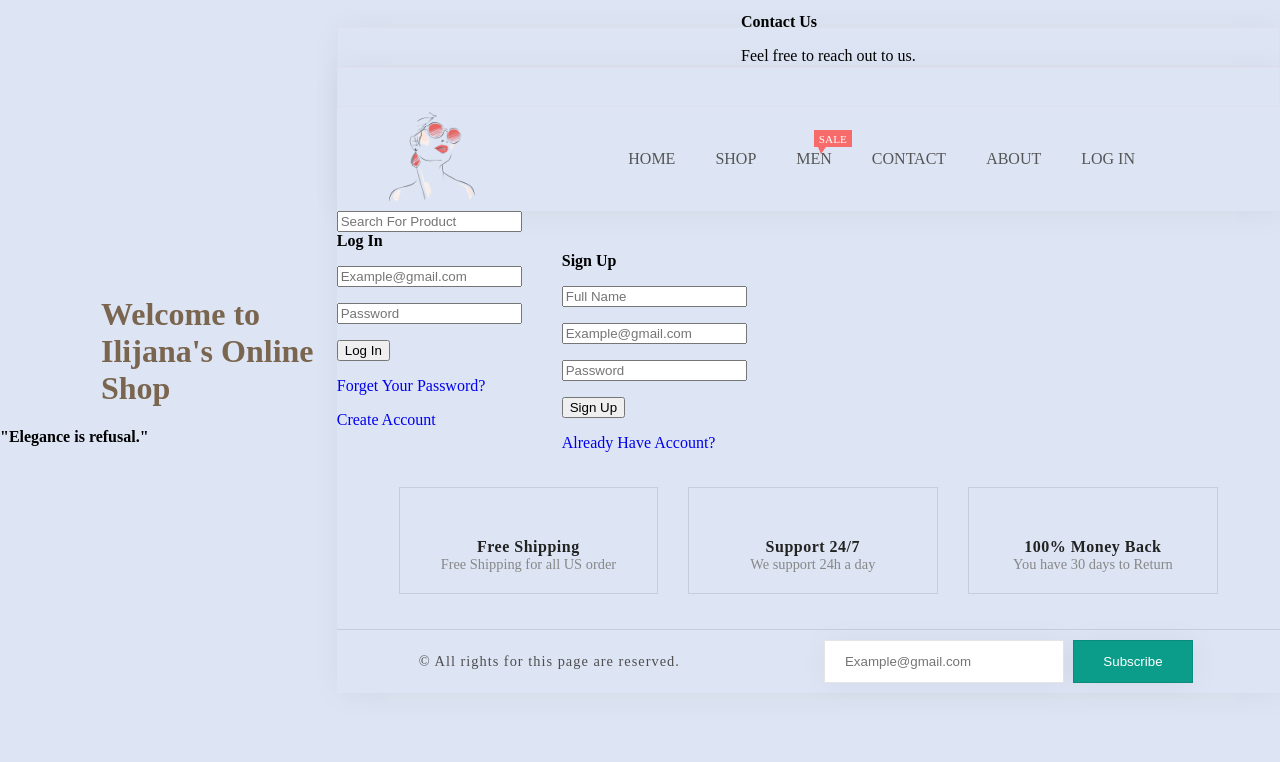
Repository: ilijana123/Proekt1
Page: html1.html
An editor plug-in stored every save of this project. The page is shown before and after the next save, followed by the edit.
The browser window is 1280 px wide. The pictures show the whole page.

Above is the page before, as saved 2023-11-14 13:41:52.
Console error: TypeError: Cannot read properties of null (reading 'addEventListener')

### html1.html
<!DOCTYPE html>
<html>
    <head>
    <meta charset="utf-8">
    <title>Online shop</title>
    <link rel="stylesheet" type="text/css" href="1.css">
    <script src="script.js"></script>
    </head>

    <body>
    <header>
       <h1>Welcome to Ilijana's Online Shop</h1>
       <!--Quote-->
    <blackguote>
       <Strong> "Elegance is refusal." </Strong>
    </blackguote>
    </header>

    <nav>
 <div class="social-call">
     <div class="social">
         <a href="#"><i class="fab fa-facebook-f"></i></a>
         <a href="#"><i class="fab fa-twitter"></i></a>
         <a href="#"><i class="fab fa-youtube"></i></a>
         <a href="#"><i class="fab fa-instagram"></i></a>
</div>
<div class="contact">
    <div class="contact-heading">
        <strong>Contact Us</strong>
        <p>Feel free to reach out to us.</p>
    </div>
    <div class="contact-details">
        <!-- Contact details go here -->
</div>
</div>
 </div>
 <!--Navigation-->

 <nav>
    <div class="social-call">
        <!-- Social and Contact Details -->
    </div>
    <!-- Navigation -->
    <div class="navigation">
        <a href="#" class="logo"><img src="logo.png"></a>
        <div class="toggle"></div>
        <ul class="menu">
            <li><a href="#">Home</a></li>
            <li id="shopMenu">
                <a href="#">Shop</a>
                <ul id="categoryMenu" class="hidden">
                    <li><a href="#clothes-section">Clothes</a></li>
                    <li><a href="#fashion-accessories-section">Fashion Accessories</a></li>
                    <li><a href="#shoes-section">Shoes</a></li>
                </ul>
            </li>
            <li><a href="#">Men</a>
                <span class="sale-lable">Sale</span>
            </li>
            <li><a href="#contact-section">Contact</a></li>
            <li><a href="#">About</a></li>
            <!-- Add id to Log In link -->
            <li><a href="login.html" id="loginLink">Log In</a></li>
        </ul>
    </nav>
 <div class="search-bar">
    <div class="search-input">
    <input type="text" placeholder="Search For Product" name="search" />
    <a href="javascript:void(0);" class="search-cancel">
        <i class="fas fa-times"></i>
    </a>
</div>
</div>
<!--Log-in and Sign-up form-->
 <div class="form">
    <div class="login-form">
        <a href="javascript:void(0);" class="form-cancel">
            <i class="fas fa-times"></i>
        </a>
        <strong>Log In</strong>
        <form>
            <p><input type="email" name="email" placeholder="Example@gmail.com" required/></p>
            <p><input type="password" name="password" placeholder="Password" required/></p>
            <p><input type="submit" value="Log In"/></p>
        </form>
        <div class="form-btns">
            <p><a href="#" class="forget">Forget Your Password?</a></p>
            <p><a href="javascript:void(0);" class="sign-up-btn">Create Account</a></p>
        </div>
    </div>
        <div class="sign-up-form">
        <a href="javascript:void(0);" class="form-cancel">
            <i class="fas fa-times"></i>
        </a>
            <strong>Sign Up</strong>
            <form>
                <p><input type="text" name="fullname" placeholder="Full Name" required/></p>
                <p><input type="email" name="email" placeholder="Example@gmail.com" required/></p>
                <p><input type="password" name="password" placeholder="Password" required/></p>
                <p><input type="submit" value="Sign Up"/></p>
            </form>
            <div class="form-btns">
                <a href="javascript:void(0);" class="already-account">
                    Already Have Account?</a>

            </div>
        </div>
</div>
<section class="services">

    <div class="services-box">
        <i class="fas fa-shipping-fast"></i>
        <span>Free Shipping</span>
        <p>Free Shipping for all US order</p>
    </div>
    <div class="services-box">
        <i class="fas fa-headphones-alt"></i>
        <span>Support 24/7</span>
        <p>We support 24h a day</p>
    </div>
    <div class="services-box">
        <i class="fas fa-sync"></i>
        <span>100% Money Back</span>
        <p>You have 30 days to Return</p>
    </div>

</section>
    <footer>
        <span class="copyright">
            &copy All rights for this page are reserved.
        </span>
        <div class="subscribe">
            <form>
            <input type="email" placeholder="Example@gmail.com" required/>
            <input type="submit" value="Subscribe">
            </form>
        </div>
    </footer>
    </body>
</html>

### 1.css
.blackquote
{
    font-family:fantasy;
}
h1  {
    font-family: fantasy;
    color:rgb(122, 101, 79);
    position:relative;
    margin-left: 30%;
}

body{
    margin:0px;
    padding: 0px;
    font-family: poppins;
    background-color: #ffffff;
}
*{
    box-sizing: border-box;
}
ul{
    list-style: none;
    margin-right: 80px;
    margin-left: 40px;
    text-decoration: solid;
}
a{
    text-decoration:none;
}
nav{
    width:100%;
    box-shadow: 2px 2px 30px rgba(0,0,0,0.05);
    z-index: 100;
}
.social-call{
    height: 40px;
    border: 1px solid rgba(246, 141, 141, 0.05);
    display: flex;
    justify-content: center;
    align-items: center;
}
.social a{
    margin: 0px 5px;
    color: rgba(0,0,0,0.7);
    font-size: 0.9rem;
}
.phone{
    color: rgba(0,0,0,0.7);
    margin-left: 30px;
    font-size: 0.9rem;
}
.social a:hover{
    color: #0b9d8a;
    transition: all ease 0.3s;
}
.navigation{
    display: flex;
    justify-content: space-between;
    align-items: center;
    padding: 0px 45px;
}
.logo img{
    height: 100px;
}
.menu{
    display: flex;
}
.menu li{
    position: relative;
    margin: 20px;
    display: flex;
    text-transform: uppercase;
    font-weight: 500;
}
.menu li a{
    color: #555555;
}
.right-menu a{
    margin: 0px 10px;
    font-size: 1.2rem;
    color: rgba(0,0,0,0.7);
}
.menu a:hover,
.right-menu a:hover,
.search-cancel:hover,
.form-cancel:hover{
    color: #0b9d8a;
    transition: all ease 0.3s;
}
.sale-lable{
    width:38px;
    height: 17px;
    background-color: #f76b6a;
    color: #ffffff;
    font-weight: 400;
    display: flex;
    justify-content: center;
    align-items: center;
    font-size: 0.7rem;
    text-transform: uppercase;
    position: absolute;
    top: -20px;
    right: -20px;
}
.sale-lable:after{
    content: '';
    width:0px;
    height: 0px;
    border-bottom: 5px solid transparent;
    border-left: 3px solid transparent;
    border-top: 7px solid #f76b6a;
    border-right: 5px solid transparent;
    position: absolute;
    left: 10%;
    top: 100%;
}
.fa-shopping-cart{
    position: relative;
}
.num-cart-product{
    position: absolute;
    top: -17px;
    right: -17px;
    width:25px;
    height: 25px;
    font-size: 0.8rem;
    border-radius: 50%;
    background-color: #0b9d8a;
    color: #ffffff;
    display: flex;
    justify-content: center;
    align-items: center;
    font-weight: 400;
}



.form {
    display: flex;
}


.sign-up-form {
    flex: 1;
    padding: 20px; /* Прилагодете го ова според вашиот дизајн */
    box-sizing: border-box;
}

.login-form {
    margin-right: 20px; /* Опционално: Додадете меѓусебен простор */
}
$p: hsl(213deg 85% 97%);
$s: hsl(233deg 36% 38%);
* { font-family: 'Poppins' }
@mixin screen {
	background: $p;
	padding: 2em;
	display: flex;
	flex-direction: column;
	border-radius: 30px;
	box-shadow: 0 0 2em hsl(231deg 62% 94%);
}
body {
	user-select: none;
	overflow-y: hidden;
	display: flex;
	justify-content: center;
	align-items: center;
	background: hsl(218deg 50% 91%);
	height: 100vh;
}
.screen-1 {
	@include screen;
	gap: 2em;
	.logo { margin-top: -3em }
	.email {
		background: hsl(0deg 0% 100%);
		box-shadow: 0 0 2em hsl(231deg 62% 94%);
		padding: 1em;
		display: flex;
		flex-direction: column;
		gap: 0.5em;
		border-radius: 20px;
		color: hsl(0deg 0% 30%);
		margin-top: -3em;
		input {
			outline: none;
			border: none;
			&::placeholder {
				color: hsl(0deg 0% 0%);
				font-size: 0.9em;
			}
		}
		ion-icon {
			color: hsl(0deg 0% 30%);
			margin-bottom: -.2em;
		}
	}
	.password {
		background: hsl(0deg 0% 100%);
		box-shadow: 0 0 2em hsl(231deg 62% 94%);
		padding: 1em;
		display: flex;
		flex-direction: column;
		gap: 0.5em;
		border-radius: 20px;
		color: hsl(0deg 0% 30%);
		input {
			outline: none;
			border: none;
			&::placeholder {
				color: hsl(0deg 0% 0%);
				font-size: 0.9em;
			}
		}
		ion-icon {
			color: hsl(0deg 0% 30%);
			margin-bottom: -.2em;
		}
		.show-hide {
			margin-right: -5em;
		}
	}
	.login {
		padding: 1em;
		background: hsl(233deg 36% 38%);
		color: hsl(0 0 100);
		border: none;
		border-radius: 30px;
		font-weight: 600;
	}
	.footer {
		display: flex;
		font-size: 0.7em;
		color: hsl(0deg 0% 37%);
		gap: 14em;
		padding-bottom: 10em;
		span { cursor: pointer }
	}
}

.full-slider-box{
    width:100%;
    height: 65vh;
    display: flex;
    justify-content: center;
    align-items: center;
    background-size: cover;
    background-repeat: no-repeat;
    background-position: center;
}
.f-slide-1{
    background-image: url(../images/Slider_01.jpg);
}
.f-slide-2{
    background-image: url(../images/Slider_02.jpg);
}
.f-slide-3{
    background-image: url(../images/Slider_03.jpg);
}
.slider-text-container{
    width:80%;
    height: 90%;
    display: flex;
    align-items: center;
}
.f-slider-text{
    display: flex;
    flex-direction: column;
    margin-right: auto;
}
.f-slider-text strong{
    color: #333333;
    font-size: 3rem;
    line-height: 55px;
    margin-top: 10px;
    letter-spacing: 1px;
}
.f-slider-text span{
    text-transform: uppercase;
    letter-spacing: 6px;
    font-weight: 500;
    color: #666666;
    font-size: 1.2rem;
}
.f-slider-btn{
    width:170px;
    height: 40px;
    display: flex;
    justify-content: center;
    align-items: center;
    color: #ffffff;
    background-color: #0b9d8a;
    text-transform: uppercase;
    letter-spacing: 2px;
    margin-top: 14px;
}
.f-slider-text strong font{
    color: #0b9d8a;
}
.feature-heading{
    display: flex;
    justify-content: center;
    align-items: center;
}
.feature-heading h2{
    font-size: 1.2rem;
    letter-spacing: 1px;
    color: #1b1919;
    text-transform: uppercase;
    font-weight: 600;
    margin-top: 40px;
    padding: 5px 30px;
    border: 1px solid #e0e0e0;
}
.feature-box{
    width:155px;
    height: 160px;
    margin: 0px 20px;
    border-radius: 10px;
    overflow: hidden;
}
.feature-box a img{
    width:100%;
    height: 100%;
    object-fit: cover;
    object-position: center;
}
.item span{
    font-size: 1rem;
    font-weight: 600;
    margin: 5px;
    color: #444444;
}
.item{
    display: flex;
    flex-direction: column;
    justify-content: center;
    align-items: center;
}
#autoWidth{
    display: flex;
    justify-content: center !important;
    margin: 10px auto 40px auto;
}
.arrival-heading strong{
    font-size: 1.2rem;
    letter-spacing: 1px;
    color: #1b1919;
    text-transform: uppercase;
    font-weight: 600;
    margin-top: 40px;
    padding: 5px 30px;
    border: 1px solid #e0e0e0;
}
.arrival-heading{
    display: flex;
    justify-content: center;
    align-items: center;
    flex-direction: column;
}
.arrival-heading strong{
    color: #ffffff;
    background-color: #202020;
    font-weight: 500;
}
.arrival-heading p{
    color: #808080;
    margin: 10px;
    font-size: 0.9rem;
}
.product-container{
    width:90%;
    display: flex;
    justify-content: center;
    align-items: center;
    flex-wrap: wrap;
    margin-top: 20px;
}
.product-box{
    display: flex;
    flex-grow: 0.5;
    flex-direction: column;
    align-items: center;
    border: 1px solid #f7f7f7;
    border-radius: 10px;
    margin: 20px;
}
.product-img{
    width:200px;
    height: 210px;
    margin: 20px;
    cursor: pointer;
    position: relative;
}
.product-img img{
    width:100%;
    height: 100%;
    object-fit: contain;
    object-position: center;
}
.product-details{
    display: flex;
    flex-direction: column;
    align-items: center;
    width: 100%;
    padding: 10px 20px;
    border-top: 1px solid #f3f3f3;
}
.p-name{
    color: #727272;
}
.p-price{
    color: #333333;
    font-size: 1.2rem;
    font-weight: 400;
}
.product-box:hover{
    box-shadow: 2px 2px 30px rgba(0,0,0,0.1);
}
.add-cart{
    position: absolute;
    right: -20px;
    top: 10px;
    width:50px;
    height: 50px;
    border-radius: 50%;
    display: flex;
    justify-content: center;
    align-items: center;
    color: #ffffff;
    background-color: #0b9d8a;
    box-shadow: 2px 2px 30px rgba(0,0,0,0.1);
    display: none;
    animation: fade 0.3s;

}
.add-cart:hover{
    background-color: #f76b6a;
    transition: all ease 0.2s;
}
.product-box:hover .add-cart{
    display: flex;
}
.new-arrival{
    display: flex;
    flex-direction: column;
    justify-content: center;
    align-items: center;
}

.sale{
    width:95%;
    display: flex;
    justify-content: center;
    align-items: center;
    flex-wrap: wrap;
    margin: 20px auto;

}
.sale-box{
    width:280px;
    border-radius: 20px;
    margin: 20px;
    position: relative;
    flex-grow: 0.5;
}
.sale-box img{
    width:100%;
    height: 100%;
    object-fit: cover;
    object-position: center right;
}
.sale-text{
    position: absolute;
    left: 20%;
    top: 50%;
    transform: translate(-20%,-50%);
    display: flex;
    flex-direction: column;
}
.sale-box a{
    color: #1b1919;
}
.sale-text strong{
    font-size: 1.2rem;
    font-weight: 500;
    width: 80%;
    line-height: 23px;
}

.banner-box{
    width:100%;
     height: 40vh;
    margin: 20px 0px;
    display: flex;
    justify-content: center;
    align-items: center;
    background-image: url(../images/Slider_03.jpg);
    background-size: cover;
    background-repeat: no-repeat;
    background-position: center;
}

.banner-text-container{
    width:80%;
    height: 90%;
    display: flex;
    align-items: center;
}

.banner-text{
    display: flex;
    flex-direction: column;
    margin-right: auto;
}

.banner-text strong{
    color: #333333;
    font-size: 3rem;
    line-height: 55px;
    margin-top: 10px;
    letter-spacing: 1px;
}

.banner-text span{
    text-transform: uppercase;
    letter-spacing: 6px;
    font-weight: 500;
    color: #666666;
    font-size: 1.2rem;
}

.banner-btn{
    width:170px;
    height: 40px;
    display: flex;
    justify-content: center;
    align-items: center;
    color: #ffffff;
    background-color: #0b9d8a;
    text-transform: uppercase;
    letter-spacing: 2px;
    margin-top: 14px;
}
.banner-text strong font{
    color: #0b9d8a;
}
.services{
    display: flex;
    width: 90%;
    justify-content: center;
    align-items: center;
    flex-wrap: wrap;
    margin: auto;
}
.services-box{
    display: flex;
    flex-direction: column;
    justify-content: center;
    align-items: center;
    border: 1px solid rgba(0,0,0,0.1);
    min-width: 250px;
    padding: 20px;
    margin: 15px;
    flex-grow: 0.7;
}
.services-box i{
    color: #0b9d8a;
    font-size: 2rem;
    margin: 15px;
}
.services-box span{
    color: #222222;
    font-weight: 600;
    letter-spacing: 0.5px;
    font-size: 1rem;
}
.services-box p{
    color: #878787;
    margin: 0px;
    font-size: 0.9rem;
}
footer{
    display: flex;
    justify-content: space-around;
    align-items: center;
    padding: 10px;
    border-top: 1px solid rgba(0,0,0,0.1);
    flex-wrap: wrap;
    margin-top: 20px;
}
.copyright{
    font-size: 0.9rem;
    color: #4e4e4e;
    letter-spacing: 1px;
}
.subscribe input{
    width:240px;
    height: 43px;
    padding: 0px 20px;
    border: 1px solid rgba(0,0,0,0.1);
    outline: none;
    box-shadow: 2px 2px 30px rgba(0,0,0,0.05);
}
.subscribe input[type="submit"]{
    width:120px;
    background-color: #0b9d8a;
    color: #ffffff;
    margin: 0px 5px;
}
.toggle{
    display: none;
}
@media(max-width:1010px){
    nav{
        position: relative;
    }
    .navigation{
        height: 80px;
    }
    .fix-nav{
        height: 80px;
    }
    .menu{
        position: absolute;
        top: 110px;
        left: 0px;
        background-color: #ffffff;
        border-bottom: 4px solid #0b9d8a;
        width: 100%;
        padding: 0px;
        margin: 0px;
        z-index: 102;
        flex-direction: column;
        display: none;

    }
    .fix-nav .menu{
        top: 80px;
    }
    .menu li{
        width:100%;
        margin: 0px;
        padding: 0px;
    }
    .navigation .menu li a{
        width:100%;
        height: 50px;
        display: flex;
        align-items: center;
        margin: 0px;
        padding: 25px;
        border: 1px solid rgba(0,0,0,0.03);
    }
    .sale-lable{
        display: none;
    }
    .toggle{
        display: block;
    }
    .toggle:before{
        content: '\f0c9';
        font-family: fontAwesome;
        line-height: 30px;
        z-index: 1;
        cursor: pointer;
    }
    .toggle.active:before{
        content: '\f00d';
    }
    .navigation.active .menu{
        display: block;
    }
    .full-slider-box,
    .banner-box{
        height: 45vh;
    }
    .f-slider-text span,
    .banner-text span{
        font-size: 0.9rem;
    }
    .f-slider-text strong,
    .banner-text strong{
        font-size: 2rem;
        line-height: 40px;
    }
    .search-input{
        height: 60px;
    }
    .search-input input,
    .search-cancel{
        font-size: 1.4rem;
    }
    .sale-box{
        height: 200px;
    }
}
@media(max-width:600px){
    .navigation{
        padding: 10px;
    }
    .f-slider-text strong,
    .banner-text strong{
        font-size: 1.2rem;
        line-height: 25px;
    }
    .full-slider-box,
    .banner-box{
        height: 30vh;
    }
    .f-slider-text span,
    .banner-text span{
        font-size: 0.8rem;
    }
    .f-slider-btn,
    .banner-btn{
        width:120px;
        height: 30px;
        font-size: 0.8rem;
    }
    .feature-heading h2{
        font-size: 1.2rem;
    }
    .feature-box{
        width:120px;
        height: 120px;
    }
    .new-arrival strong,
    .feature-heading strong{
        font-size: 1.2rem;
    }
    .new-arrival p,
    .feature-heading p{
        font-size: 0.8rem;
        text-align: center;
    }
    .sale-box{
        width:100%;
        height: 180px;
    }
    .sale{
        width: 100%;
    }
    .services{
        width:100%;
    }
    .services-box{
        width:100%;
    }
    .copyright{
        margin: 20px 0px;
        text-align: center;
    }
    .subscribe{
        width:100%;
    }
    .subscribe form{
        flex-wrap: nowrap;
        display: flex;
        width:100%;
    }
    .subscribe input{
        width:100%;
        flex-grow: 1;
    }
    .login-form,
    .sign-up-form{
        width:90%;
    }
}
.hidden {
    display: none;
}
#shopMenu {
    position: relative;
}

#categoryMenu
{
    position: absolute;
    list-style: none;
    top: 0px;
    padding: 0;
    margin-left: 0px;
    margin-top:20px;
    background-color: white;
}

Loaded but not shown: script.js (195 lines, source omitted)

After the next save:
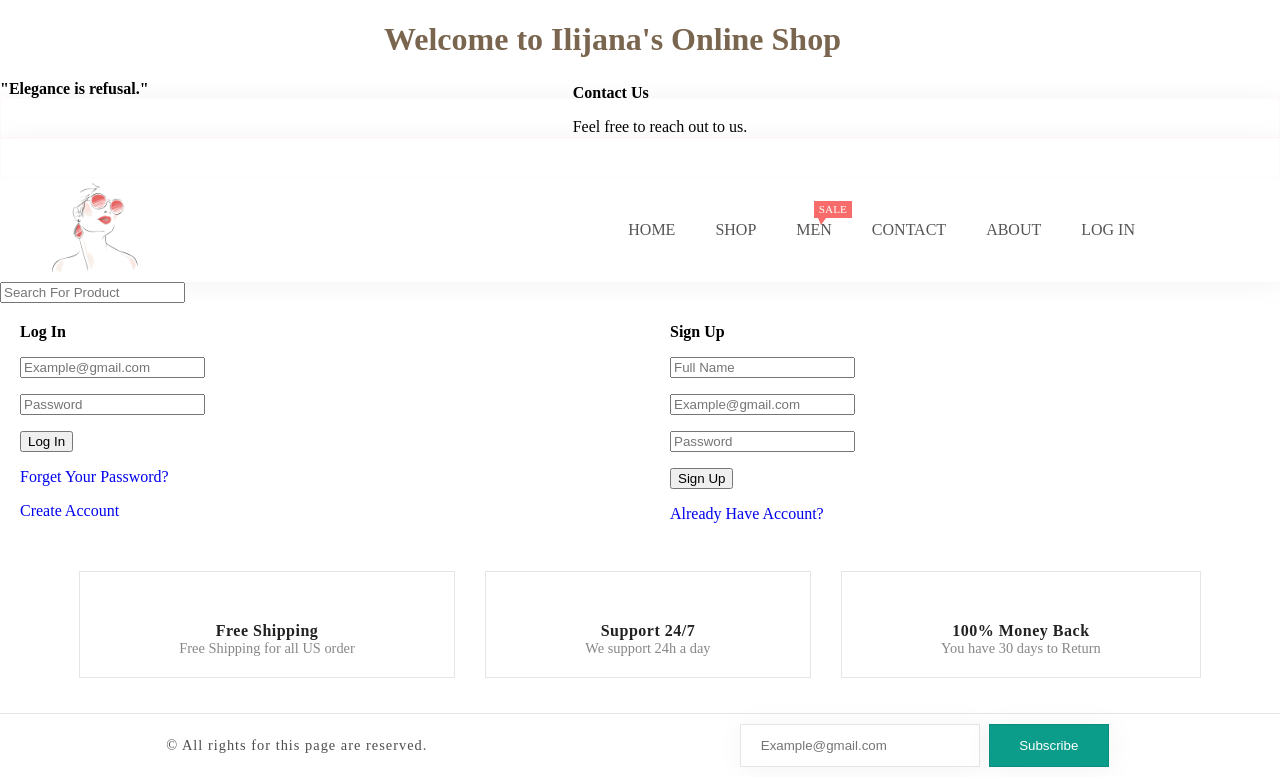
Saved 16 s later.
--- a/1.css
+++ b/1.css
@@ -132,14 +132,11 @@ nav{
     align-items: center;
     font-weight: 400;
 }
-
-
-
 .form {
     display: flex;
 }
 
-
+.login-form,
 .sign-up-form {
     flex: 1;
     padding: 20px; /* Прилагодете го ова според вашиот дизајн */
@@ -149,96 +146,6 @@ nav{
 .login-form {
     margin-right: 20px; /* Опционално: Додадете меѓусебен простор */
 }
-$p: hsl(213deg 85% 97%);
-$s: hsl(233deg 36% 38%);
-* { font-family: 'Poppins' }
-@mixin screen {
-	background: $p;
-	padding: 2em;
-	display: flex;
-	flex-direction: column;
-	border-radius: 30px;
-	box-shadow: 0 0 2em hsl(231deg 62% 94%);
-}
-body {
-	user-select: none;
-	overflow-y: hidden;
-	display: flex;
-	justify-content: center;
-	align-items: center;
-	background: hsl(218deg 50% 91%);
-	height: 100vh;
-}
-.screen-1 {
-	@include screen;
-	gap: 2em;
-	.logo { margin-top: -3em }
-	.email {
-		background: hsl(0deg 0% 100%);
-		box-shadow: 0 0 2em hsl(231deg 62% 94%);
-		padding: 1em;
-		display: flex;
-		flex-direction: column;
-		gap: 0.5em;
-		border-radius: 20px;
-		color: hsl(0deg 0% 30%);
-		margin-top: -3em;
-		input {
-			outline: none;
-			border: none;
-			&::placeholder {
-				color: hsl(0deg 0% 0%);
-				font-size: 0.9em;
-			}
-		}
-		ion-icon {
-			color: hsl(0deg 0% 30%);
-			margin-bottom: -.2em;
-		}
-	}
-	.password {
-		background: hsl(0deg 0% 100%);
-		box-shadow: 0 0 2em hsl(231deg 62% 94%);
-		padding: 1em;
-		display: flex;
-		flex-direction: column;
-		gap: 0.5em;
-		border-radius: 20px;
-		color: hsl(0deg 0% 30%);
-		input {
-			outline: none;
-			border: none;
-			&::placeholder {
-				color: hsl(0deg 0% 0%);
-				font-size: 0.9em;
-			}
-		}
-		ion-icon {
-			color: hsl(0deg 0% 30%);
-			margin-bottom: -.2em;
-		}
-		.show-hide {
-			margin-right: -5em;
-		}
-	}
-	.login {
-		padding: 1em;
-		background: hsl(233deg 36% 38%);
-		color: hsl(0 0 100);
-		border: none;
-		border-radius: 30px;
-		font-weight: 600;
-	}
-	.footer {
-		display: flex;
-		font-size: 0.7em;
-		color: hsl(0deg 0% 37%);
-		gap: 14em;
-		padding-bottom: 10em;
-		span { cursor: pointer }
-	}
-}
-
 .full-slider-box{
     width:100%;
     height: 65vh;
@@ -776,10 +683,9 @@ footer{
     position: relative;
 }
 
-#categoryMenu
-{
+#categoryMenu {
     position: absolute;
-    list-style: none;
+    list-style: none; /* Отстрани точки од листата */
     top: 0px;
     padding: 0;
     margin-left: 0px;
